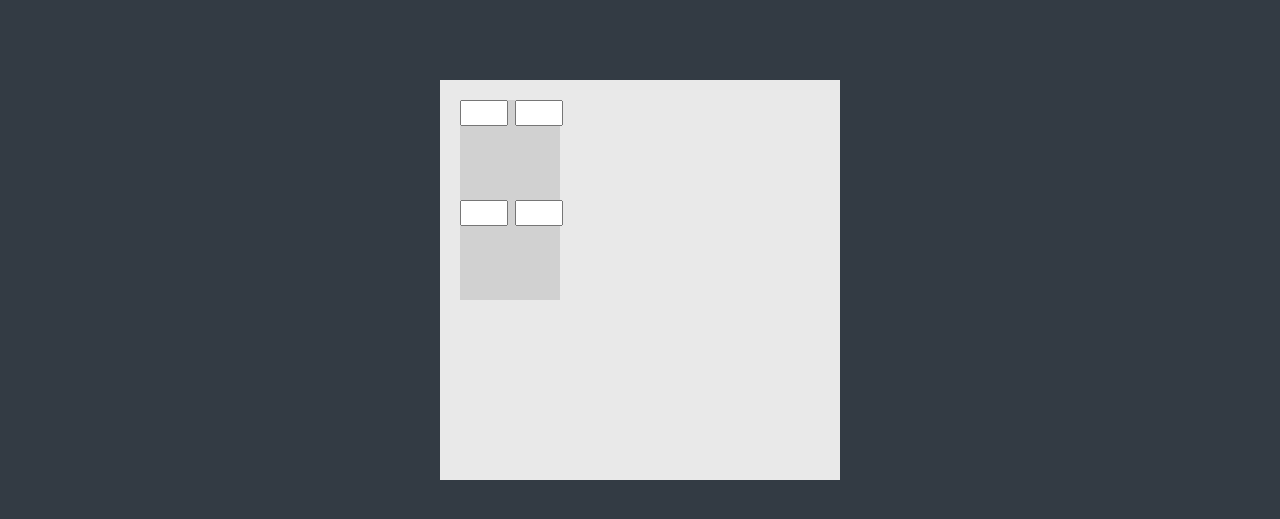
Repository: piookr-wsei/8086
Page: /
These files come from the project's save history. The page is drawn as it stood at one moment and after the next save; the edit follows.
The browser window is 1280 px wide. The pictures show the whole page.
The project was rebuilt for these pictures with package versions that can differ from the ones it lists, and the page was loaded fresh each time.

Above is the page before, as saved 2022-06-17 00:05:37.

After the next save:
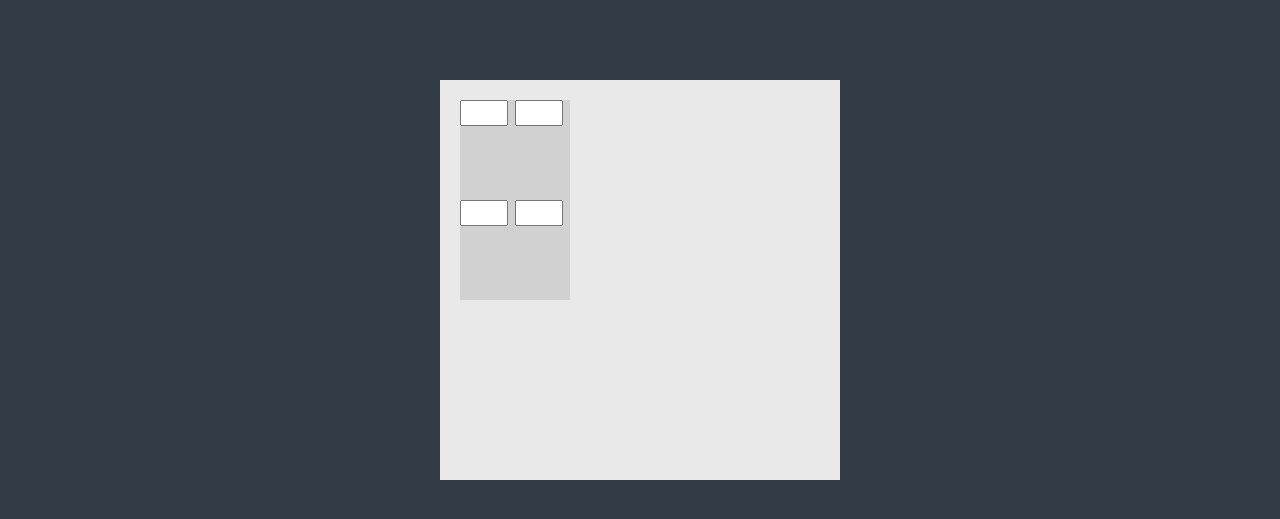
Saved 7 s later.
--- a/src/Components/Components.elements.js
+++ b/src/Components/Components.elements.js
@@ -15,7 +15,7 @@
 `
 
 export const RegWrapper = styled.div`
-width: 100px;
+width: 110px;
 min-height: 200px;
 background: rgba(0,0,0,0.1);
 position: relative;

After the save that followed:
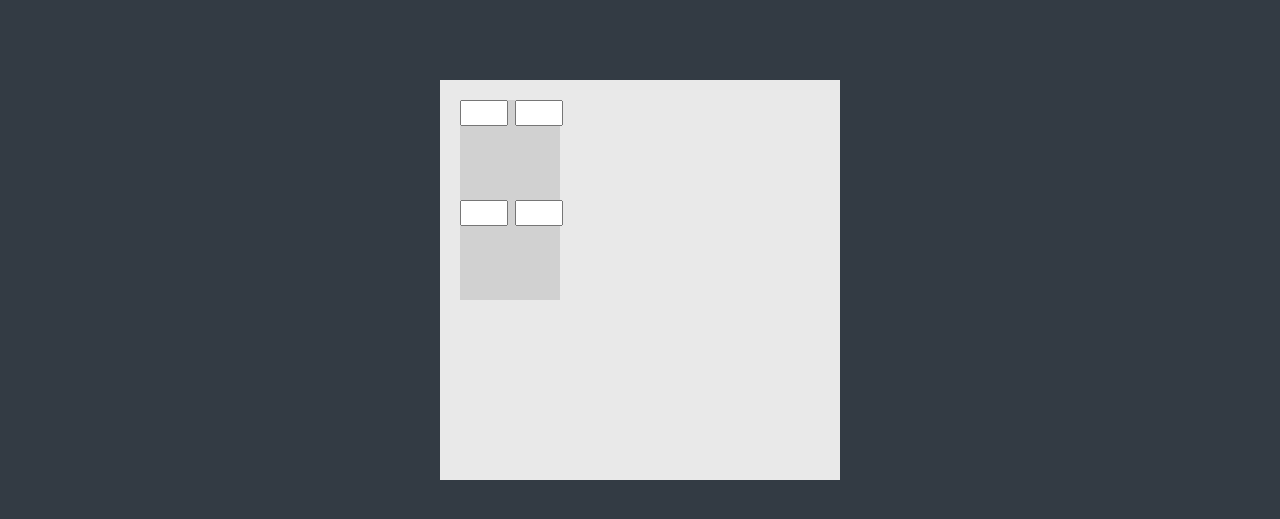
Saved 6 s later.
--- a/src/Components/Components.elements.js
+++ b/src/Components/Components.elements.js
@@ -15,7 +15,7 @@
 `
 
 export const RegWrapper = styled.div`
-width: 110px;
+width: 100px;
 min-height: 200px;
 background: rgba(0,0,0,0.1);
 position: relative;
